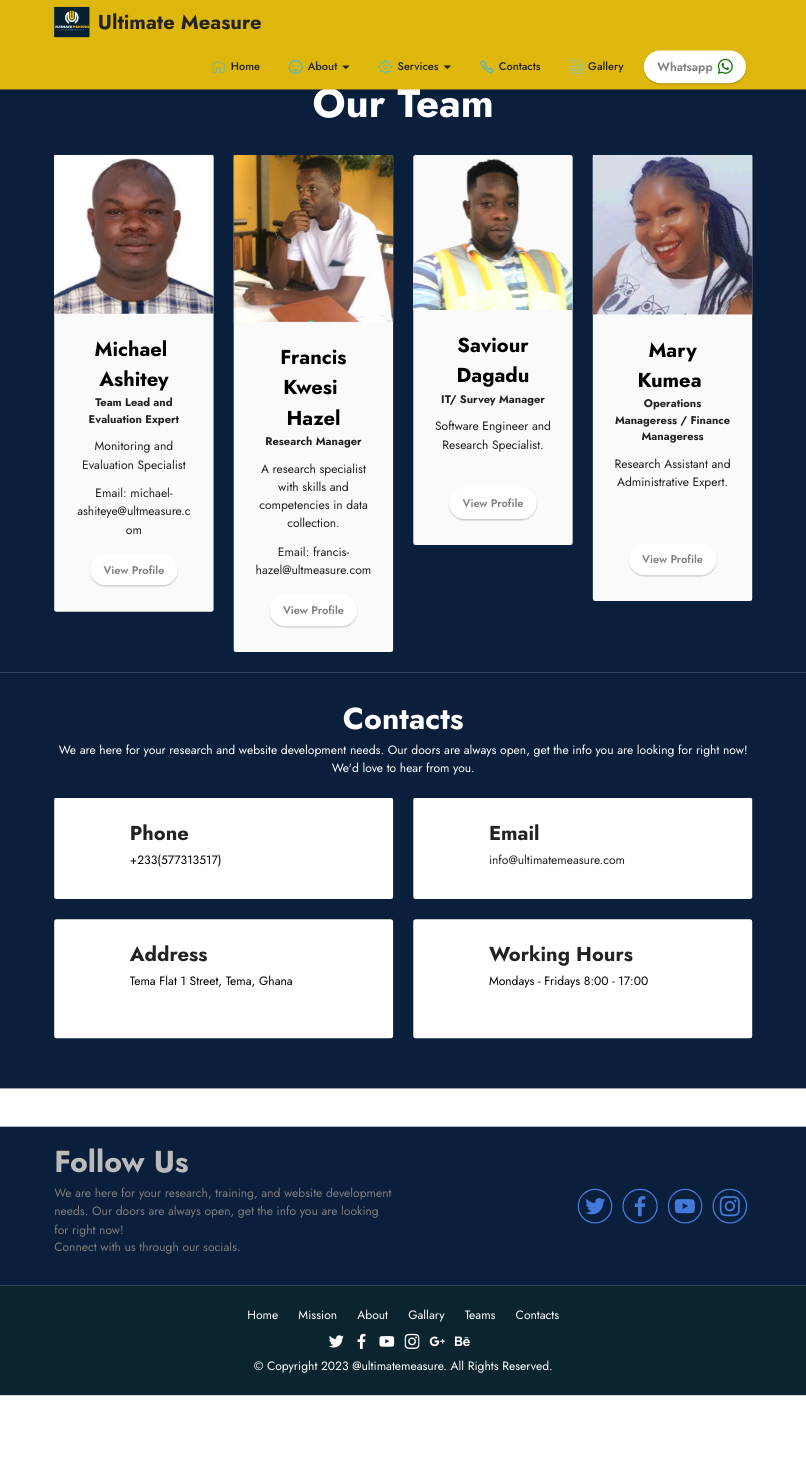
Repository: Saviour-Dagadu/ultMeasure
Page: page11.html
An editor plug-in stored every save of this project. The page is shown before and after the next save, followed by the edit.
The browser window is 1280 px wide. The pictures show the whole page, at 63% of full size.

Above is the page before, as saved 2023-07-19 03:34:28.

### page11.html
<!DOCTYPE html>
<html  >
<head>
  <!-- Site made with Mobirise Website Builder v5.6.13, https://mobirise.com -->
  <meta charset="UTF-8">
  <meta http-equiv="X-UA-Compatible" content="IE=edge">
  <meta name="generator" content="Mobirise v5.6.13, mobirise.com">
  <meta name="twitter:card" content="summary_large_image"/>
  <meta name="twitter:image:src" content="assets/images/page11-meta.jpg">
  <meta property="og:image" content="assets/images/page11-meta.jpg">
  <meta name="twitter:title" content="ourTeam">
  <meta name="viewport" content="width=device-width, initial-scale=1, minimum-scale=1">
  <link rel="shortcut icon" href="assets/images/ultimate-logo-1.jpeg" type="image/x-icon">
  <meta name="description" content="">


  <title>ourTeam</title>
  <link rel="stylesheet" href="assets/web/assets/mobirise-icons2/mobirise2.css">
  <link rel="stylesheet" href="assets/web/assets/mobirise-icons/mobirise-icons.css">
  <link rel="stylesheet" href="assets/bootstrap/css/bootstrap.min.css">
  <link rel="stylesheet" href="assets/bootstrap/css/bootstrap-grid.min.css">
  <link rel="stylesheet" href="assets/bootstrap/css/bootstrap-reboot.min.css">
  <link rel="stylesheet" href="assets/animatecss/animate.css">
  <link rel="stylesheet" href="assets/dropdown/css/style.css">
  <link rel="stylesheet" href="assets/socicon/css/styles.css">
  <link rel="stylesheet" href="assets/theme/css/style.css">
  <link rel="preload" href="https://fonts.googleapis.com/css?family=Jost:100,200,300,400,500,600,700,800,900,100i,200i,300i,400i,500i,600i,700i,800i,900i&display=swap" as="style" onload="this.onload=null;this.rel='stylesheet'">
  <noscript><link rel="stylesheet" href="https://fonts.googleapis.com/css?family=Jost:100,200,300,400,500,600,700,800,900,100i,200i,300i,400i,500i,600i,700i,800i,900i&display=swap"></noscript>
  <link rel="preload" as="style" href="assets/mobirise/css/mbr-additional.css"><link rel="stylesheet" href="assets/mobirise/css/mbr-additional.css" type="text/css">




</head>
<body>

  <section data-bs-version="5.1" class="team1 cid-tyizsyTRnW" id="team1-2v">


    <br><br><br><br>
    <div class="container">
        <div class="row justify-content-center">
            <div class="col-12">
                <h3 class="mbr-section-title1 mbr-fonts-style align-center mb-5 display-1"><strong>Our Team</strong>
                </h3>

            </div>
            <div class="col-sm-6 col-lg-3">
                <div class="card-wrap">
                    <div class="image-wrap">
                        <img src="assets/images/michael-ashitey-2-413x531.jpeg" alt="Mobirise Website Builder">
                    </div>
                    <div class="content-wrap">
                        <h5 class="mbr-section-title card-title mbr-fonts-style align-center m-0 display-5"><strong>Michael&nbsp; Ashitey</strong></h5>
                        <h6 class="mbr-role mbr-fonts-style align-center mb-3 display-4"><strong>Team Lead and Evaluation Expert</strong></h6>
                        <p class="card-text mbr-fonts-style align-center display-7">Monitoring and Evaluation Specialist<br></p>
                        <p class="card-text mbr-fonts-style align-center display-7">Email: michael-ashiteye@ultmeasure.com<br></p>

                        <div class="mbr-section-btn card-btn align-center"><a class="btn btn-primary display-4" href="page1.html#team2-7">View
                                Profile</a></div>
                    </div>
                </div>
            </div>

            <div class="col-sm-6 col-lg-3">
                <div class="card-wrap">
                    <div class="image-wrap">
                        <img src="assets/images/5a183644-2759-44f6-8364-9d7925e9172f.jpg" alt="Mobirise Website Builder">
                    </div>
                    <div class="content-wrap">
                        <h5 class="mbr-section-title card-title mbr-fonts-style align-center m-0 display-5"><strong>Francis Kwesi&nbsp; Hazel</strong></h5>
                        <h6 class="mbr-role mbr-fonts-style align-center mb-3 display-4"><strong>Research Manager</strong></h6>
                        <p class="card-text mbr-fonts-style align-center display-7">A research specialist with skills and competencies in data collection.<br>
                        </p>
                        <p class="card-text mbr-fonts-style align-center display-7">Email: francis-hazel@ultmeasure.com<br></p>

                        <div class="mbr-section-btn card-btn align-center"><a class="btn btn-primary display-4" href="page3.html#team2-b">View
                                Profile</a></div>
                    </div>
                </div>
            </div>

            <div class="col-sm-6 col-lg-3">
                <div class="card-wrap">
                    <div class="image-wrap">
                        <img src="assets/images/savic-3.png" alt="Mobirise Website Builder">
                    </div>
                    <div class="content-wrap">
                        <h5 class="mbr-section-title card-title mbr-fonts-style align-center m-0 display-5"><strong>Saviour Dagadu</strong></h5>
                        <h6 class="mbr-role mbr-fonts-style align-center mb-3 display-4"><strong>IT/ Survey Manager</strong></h6>
                        <p class="card-text mbr-fonts-style align-center display-7">
                            Software Engineer and Research Specialist.<br><br>
                        </p>

                        <div class="mbr-section-btn card-btn align-center"><a class="btn btn-primary display-4" href="page4.html#team2-e">View
                                Profile</a></div>
                    </div>
                </div>
            </div>

            <div class="col-sm-6 col-lg-3">
                <div class="card-wrap">
                    <div class="image-wrap">
                        <img src="assets/images/21c33b11-4f26-42b3-be18-20bef8bdf8b3.jpg" alt="Mobirise Website Builder">
                    </div>
                    <div class="content-wrap">
                        <h5 class="mbr-section-title card-title mbr-fonts-style align-center m-0 display-5"><strong>Mary Kumea&nbsp;</strong></h5>
                        <h6 class="mbr-role mbr-fonts-style align-center mb-3 display-4">
                            <strong>Operations Manageress / Finance Manageress</strong></h6>
                        <p class="card-text mbr-fonts-style align-center display-7">
                            Research Assistant and Administrative Expert.<br><br><br>
                        </p>

                        <div class="mbr-section-btn card-btn align-center"><a class="btn btn-primary display-4" href="page5.html#team2-h">View
                                Profile</a></div>
                    </div>
                </div>
            </div>
        </div>
    </div>
</section>

<section data-bs-version="5.1" class="contacts2 cid-tyizsCEZmS" id="contacts2-30">
    <!---->


    <div class="container">
        <div class="mbr-section-head">
            <h3 class="mbr-section-title mbr-fonts-style align-center mb-0 display-2">
                <strong>Contacts</strong>
            </h3>
            <h4 class="mbr-section-subtitle mbr-fonts-style align-center mb-0 mt-2 display-7">We are here for your research and website development needs. Our doors are always open, get the info you are looking for right now!<br>We'd love to hear from you.</h4>
        </div>
        <div class="row justify-content-center mt-4">
            <div class="card col-12 col-md-6">
                <div class="card-wrapper">
                    <div class="image-wrapper">
                        <span class="mbr-iconfont mobi-mbri-phone mobi-mbri"></span>
                    </div>
                    <div class="text-wrapper">
                        <h6 class="card-title mbr-fonts-style mb-1 display-5">
                            <strong>Phone</strong>
                        </h6>
                        <p class="mbr-text mbr-fonts-style display-7">+233(577313517)&nbsp;</p>
                    </div>
                </div>
            </div>
            <div class="card col-12 col-md-6">
                <div class="card-wrapper">
                    <div class="image-wrapper">
                        <span class="mbr-iconfont mobi-mbri-letter mobi-mbri"></span>
                    </div>
                    <div class="text-wrapper">
                        <h6 class="card-title mbr-fonts-style mb-1 display-5">
                            <strong>Email</strong>
                        </h6>
                        <p class="mbr-text mbr-fonts-style display-7">
                            <a href="mailto:info@site.com" class="text-black">info@ultimatemeasure.com</a>
                        </p>
                    </div>
                </div>
            </div>
            <div class="card col-12 col-md-6">
                <div class="card-wrapper">
                    <div class="image-wrapper">
                        <span class="mbr-iconfont mobi-mbri-globe mobi-mbri"></span>
                    </div>
                    <div class="text-wrapper">
                        <h6 class="card-title mbr-fonts-style mb-1 display-5">
                            <strong>Address</strong>
                        </h6>
                        <p class="mbr-text mbr-fonts-style display-7">Tema Flat 1 Street, Tema, Ghana</p>
                    </div>
                </div>
            </div>
            <div class="card col-12 col-md-6">
                <div class="card-wrapper">
                    <div class="image-wrapper">
                        <span class="mbr-iconfont mobi-mbri-bulleted-list mobi-mbri"></span>
                    </div>
                    <div class="text-wrapper">
                        <h6 class="card-title mbr-fonts-style mb-1 display-5">
                            <strong>Working Hours</strong>
                        </h6>
                        <p class="mbr-text mbr-fonts-style display-7">Mondays - Fridays 8:00 - 17:00<br><br></p>
                    </div>
                </div>
            </div>
        </div>
    </div>
</section>

<section data-bs-version="5.1" class="menu menu2 cid-tyiJ5LKivl" once="menu" id="menu2-3p">

    <nav class="navbar navbar-dropdown navbar-fixed-top navbar-expand-lg">
        <div class="container">
            <div class="navbar-brand">
                <span class="navbar-logo">
                    <a href="index.html#header14-1f">
                        <img src="assets/images/ultimate-logo-1.jpeg" alt="Mobirise Website Builder" style="height: 3rem;">
                    </a>
                </span>
                <span class="navbar-caption-wrap"><a class="navbar-caption text-black text-primary display-5" href="index.html#header14-1f">Ultimate Measure<br></a></span>
            </div>
            <button class="navbar-toggler" type="button" data-toggle="collapse" data-bs-toggle="collapse" data-target="#navbarSupportedContent" data-bs-target="#navbarSupportedContent" aria-controls="navbarNavAltMarkup" aria-expanded="false" aria-label="Toggle navigation">
                <div class="hamburger">
                    <span></span>
                    <span></span>
                    <span></span>
                    <span></span>
                </div>
            </button>
            <div class="collapse navbar-collapse" id="navbarSupportedContent">
                <ul class="navbar-nav nav-dropdown" data-app-modern-menu="true"><li class="nav-item"><a class="nav-link link text-black text-primary display-4" href="index.html#header14-1f"><span class="mbri-home mbr-iconfont mbr-iconfont-btn" style="color: rgb(71, 181, 237);"></span>Home</a></li>
                    <li class="nav-item dropdown"><a class="nav-link link text-black dropdown-toggle display-4" href="index.html#header14-1j" data-toggle="dropdown-submenu" data-bs-toggle="dropdown" data-bs-auto-close="outside" aria-expanded="false"><span class="mobi-mbri mobi-mbri-smile-face mbr-iconfont mbr-iconfont-btn" style="color: rgb(71, 181, 237);"></span>About</a><div class="dropdown-menu" aria-labelledby="dropdown-980"><a class="text-black dropdown-item text-primary display-4" href="page10.html">About Us</a><a class="text-black show dropdown-item text-primary display-4" href="page12.html">Mission</a><a class="text-black dropdown-item text-primary display-4" href="page12.html">Vission</a><a class="text-black show dropdown-item text-primary display-4" href="page11.html">Our Team</a></div></li>
                    <li class="nav-item dropdown"><a class="nav-link link text-black text-primary dropdown-toggle display-4" href="page6.html" data-toggle="dropdown-submenu" data-bs-toggle="dropdown" data-bs-auto-close="outside" aria-expanded="false"><span class="mbri-setting3 mbr-iconfont mbr-iconfont-btn" style="color: rgb(71, 181, 237);"></span>Services</a><div class="dropdown-menu" aria-labelledby="dropdown-109"><a class="text-black text-primary show dropdown-item display-4" href="page6.html">Our Services</a><a class="text-black text-primary dropdown-item display-4" href="page13.html">Training</a><a class="text-black text-primary show dropdown-item display-4" href="page13.html">Research</a></div></li><li class="nav-item"><a class="nav-link link text-black text-primary display-4" href="page7.html"><span class="mobi-mbri mobi-mbri-phone mbr-iconfont mbr-iconfont-btn" style="color: rgb(71, 181, 237);"></span>Contacts</a></li><li class="nav-item"><a class="nav-link link text-black text-primary display-4" href="page9.html"><span class="mbri-photos mbr-iconfont mbr-iconfont-btn" style="color: rgb(110, 199, 242);"></span>Gallery</a></li></ul>

                <div class="navbar-buttons mbr-section-btn"><a class="btn btn-primary display-7" href="https://wa.me/233577313517"><span class="socicon socicon-whatsapp mbr-iconfont mbr-iconfont-btn" style="color: rgb(10, 119, 5);"></span>Whatsapp</a></div>
            </div>
        </div>
    </nav>
</section>

<section data-bs-version="5.1" class="contacts4 cid-tyiT0qkMQG" id="contacts4-3r">





    <div class="container">
        <div class="row align-items-center justify-content-center">
            <div class="text-content col-12 col-md-6">
                <h2 class="mbr-section-title mbr-fonts-style display-2">
                    <strong>Follow Us</strong>
                </h2>
                <p class="mbr-text mbr-fonts-style display-7">We are here for your research, training, and website development needs. Our doors are always open, get the info you are looking for right now!
<br>Connect with us through our socials.<br></p>
            </div>
            <div class="icons d-flex align-items-center col-12 col-md-6 justify-content-end mt-md-0 mt-2 flex-wrap">
                <a href="https://twitter.com/ultmeasure" target="_blank">
                    <span class="mbr-iconfont mbr-iconfont-social socicon-twitter socicon"></span>
                </a>
                <a href="https://web.facebook.com/ultimatemeasure" target="_blank">
                    <span class="mbr-iconfont mbr-iconfont-social socicon-facebook socicon"></span>
                </a>
                <a href="https://www.youtube.com" target="_blank">
                    <span class="mbr-iconfont mbr-iconfont-social socicon-youtube socicon"></span>
                </a>
                <a href="https://instagram.com" target="_blank">
                    <span class="mbr-iconfont mbr-iconfont-social socicon-instagram socicon"></span>
                </a>






            </div>
        </div>
    </div>

</section>

<section data-bs-version="5.1" class="footer3 cid-tyiUsSvvE8" once="footers" id="footer3-3x">





    <div class="container-fluid">
        <div class="row align-center mbr-white">
            <div class="row row-links">
                <ul class="foot-menu">





                <li class="foot-menu-item mbr-fonts-style display-7"><a href="index.html#header14-1f" class="text-white text-primary">Home</a></li><li class="foot-menu-item mbr-fonts-style display-7"><a href="page12.html" class="text-primary">Mission</a></li><li class="foot-menu-item mbr-fonts-style display-7"><a href="page10.html" class="text-white text-primary">About</a></li><li class="foot-menu-item mbr-fonts-style display-7"><a href="page9.html" class="text-primary">Gallary</a></li><li class="foot-menu-item mbr-fonts-style display-7"><a href="page11.html" class="text-white text-primary">Teams</a></li><li class="foot-menu-item mbr-fonts-style display-7"><a href="page7.html" class="text-white text-primary">Contacts</a></li></ul>
            </div>
            <div class="row social-row">
                <div class="social-list align-right pb-2">






                <div class="soc-item">
                        <a href="https://twitter.com/ultmeasure" target="_blank">
                            <span class="mbr-iconfont mbr-iconfont-social socicon-twitter socicon"></span>
                        </a>
                    </div><div class="soc-item">
                        <a href="https://www.facebook.com" target="_blank">
                            <span class="mbr-iconfont mbr-iconfont-social socicon-facebook socicon"></span>
                        </a>
                    </div><div class="soc-item">
                        <a href="https://www.youtube.com" target="_blank">
                            <span class="mbr-iconfont mbr-iconfont-social socicon-youtube socicon"></span>
                        </a>
                    </div><div class="soc-item">
                        <a href="https://instagram.com" target="_blank">
                            <span class="mbr-iconfont mbr-iconfont-social socicon-instagram socicon"></span>
                        </a>
                    </div><div class="soc-item">
                        <a href="https://plus.google.com" target="_blank">
                            <span class="mbr-iconfont mbr-iconfont-social socicon-googleplus socicon"></span>
                        </a>
                    </div><div class="soc-item">
                        <a href="https://www.behance.net" target="_blank">
                            <span class="mbr-iconfont mbr-iconfont-social socicon-behance socicon"></span>
                        </a>
                    </div></div>
            </div>
            <div class="row row-copirayt">
                <p class="mbr-text mb-0 mbr-fonts-style mbr-white align-center display-7">
                    © Copyright 2023 @ultimatemeasure. All Rights Reserved.
                </p>
            </div>
        </div>
    </div>
</section><section class="display-7" style="padding: 0;align-items: center;justify-content: center;flex-wrap: wrap;    align-content: center;display: flex;position: relative;height: 4rem;"><a href="https://mobiri.se/2735054" style="flex: 1 1;height: 4rem;position: absolute;width: 100%;z-index: 1;"><img alt="" style="height: 4rem;" src="data:[embedded picture, 82 characters]"></a><p style="margin: 0;text-align: center;" class="display-7">&#8204;</p><a style="z-index:1" href="https://mobirise.com/offline-website-builder.html"></a></section><script src="assets/bootstrap/js/bootstrap.bundle.min.js"></script>  <script src="assets/smoothscroll/smooth-scroll.js"></script>  <script src="assets/ytplayer/index.js"></script>  <script src="assets/dropdown/js/navbar-dropdown.js"></script>  <script src="assets/sociallikes/social-likes.js"></script>  <script src="assets/theme/js/script.js"></script>


  <input name="animation" type="hidden">
  </body>
</html>

Loaded but not shown: assets/bootstrap/css/bootstrap.min.css (library); assets/bootstrap/css/bootstrap-grid.min.css (library); assets/bootstrap/css/bootstrap-reboot.min.css (library); assets/animatecss/animate.css (library); assets/mobirise/css/mbr-additional.css (library); assets/bootstrap/js/bootstrap.bundle.min.js (library); assets/smoothscroll/smooth-scroll.js (library); assets/ytplayer/index.js (library); assets/sociallikes/social-likes.js (library); assets/theme/js/script.js (library); assets/dropdown/js/navbar-dropdown.js (7 lines, source omitted); assets/socicon/css/styles.css (934 lines, source omitted); assets/theme/css/style.css (961 lines, source omitted); assets/web/assets/mobirise-icons2/mobirise2.css (498 lines, source omitted); assets/dropdown/css/style.css (263 lines, source omitted); assets/web/assets/mobirise-icons/mobirise-icons.css (477 lines, source omitted)

After the next save:
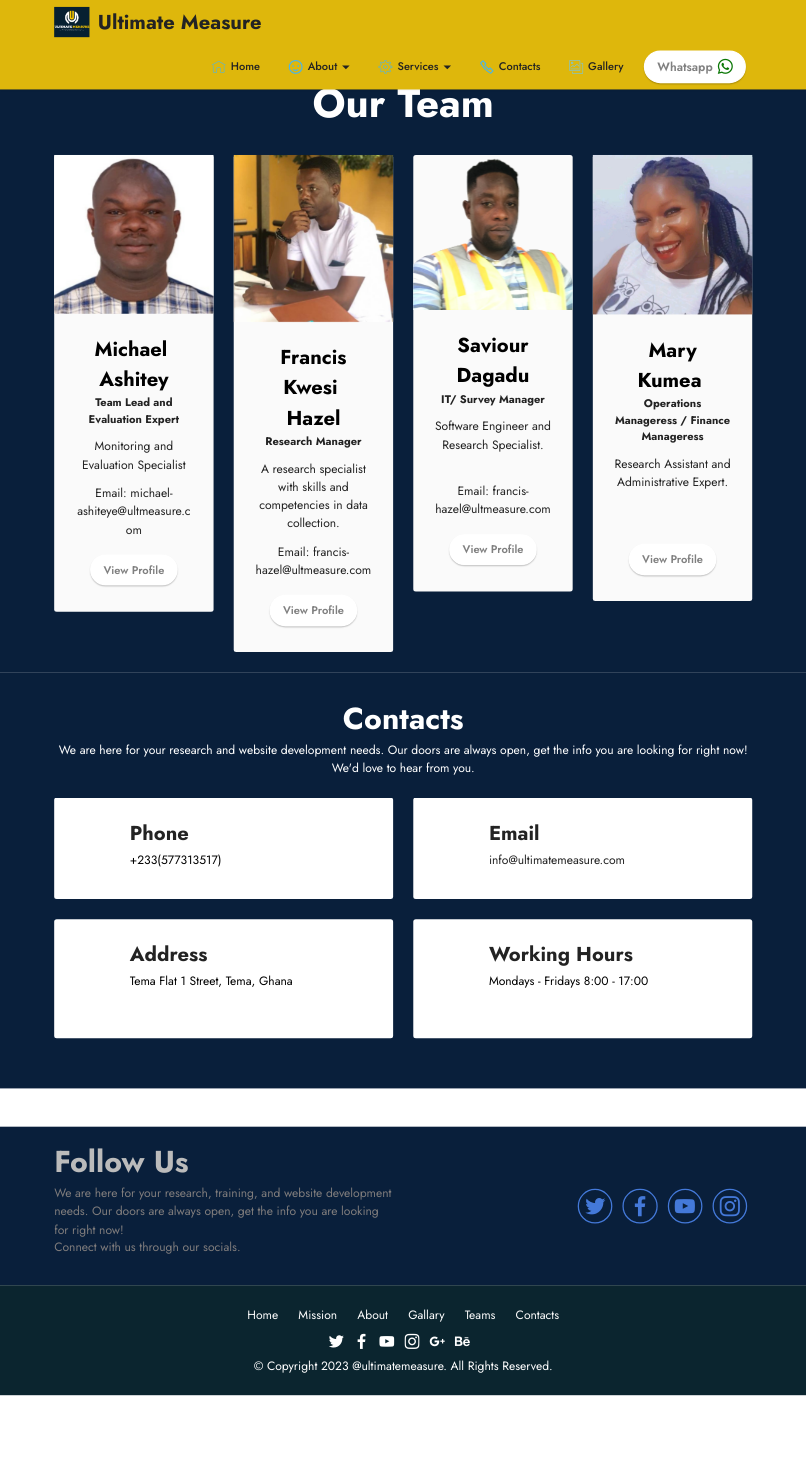
Saved 25 s later.
--- a/page11.html
+++ b/page11.html
@@ -91,6 +91,7 @@
                         <p class="card-text mbr-fonts-style align-center display-7">
                             Software Engineer and Research Specialist.<br><br>
                         </p>
+                        <p class="card-text mbr-fonts-style align-center display-7">Email: francis-hazel@ultmeasure.com<br></p>
 
                         <div class="mbr-section-btn card-btn align-center"><a class="btn btn-primary display-4" href="page4.html#team2-e">View
                                 Profile</a></div>
